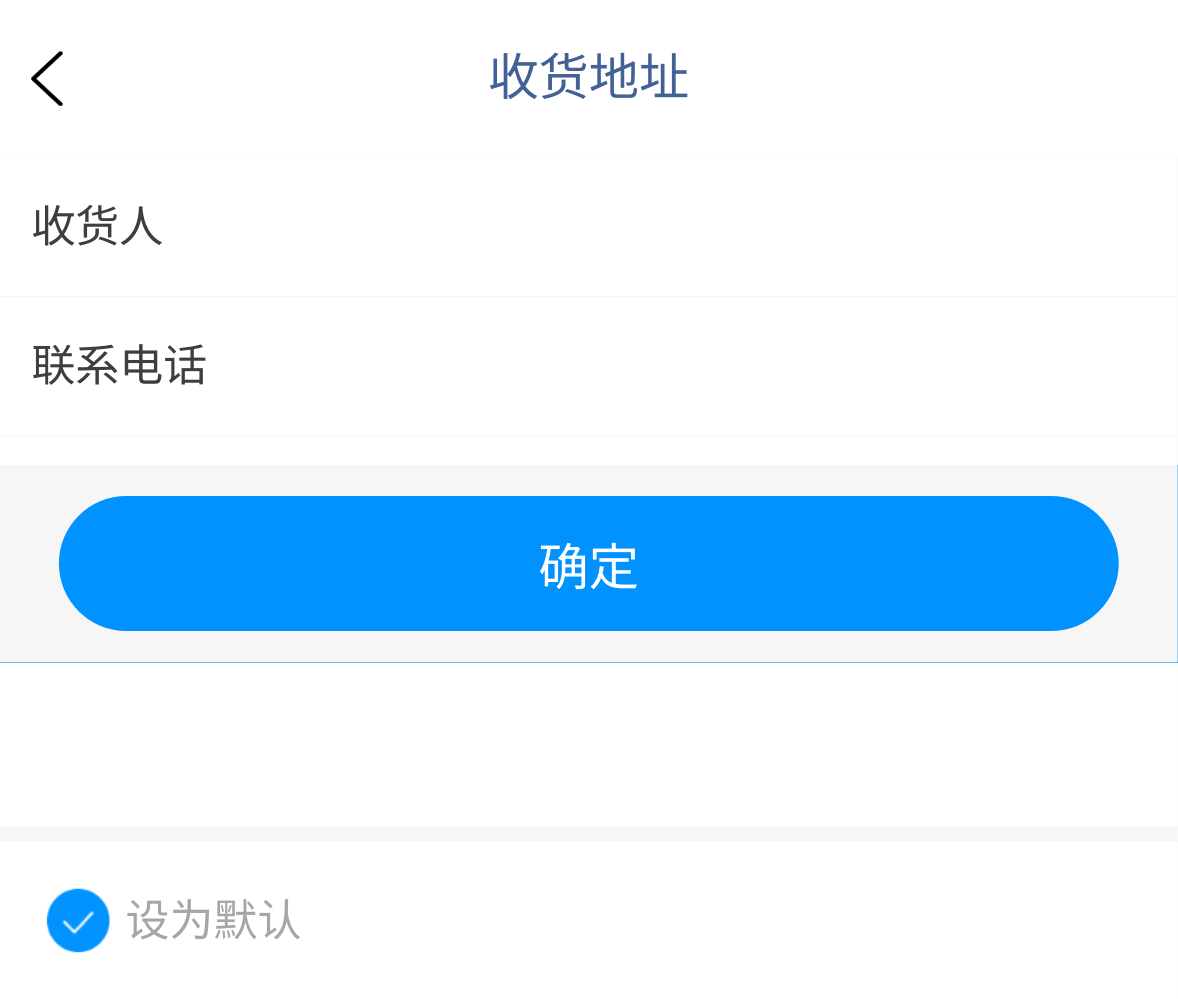
Repository: 421538074/sell
Page: consumer/address-list.html
The author's editor kept a copy of each file at every save. The page is drawn from the files as they stood at one save, then again after the next save.
The browser window is 1280 px wide. The pictures show the whole page, at 92% of full size.

Above is the page before, as saved 2019-06-03 16:46:22.

### consumer/address-list.html
<!DOCTYPE html>
<html lang="en">

<head>
    <meta charset="UTF-8">
    <meta name="viewport" content="width=device-width, initial-scale=1.0">
    <meta http-equiv="X-UA-Compatible" content="ie=edge">
    <title>收货地址</title>
    <link rel="stylesheet" href="../css/jquery.weui.css">
    <link rel="stylesheet" href="../css/base.css">
    <link rel="stylesheet" href="css/common.css">
    <link rel="stylesheet" href="css/manage-address.css">
</head>

<body>
    <div id="app" class="content">
        <nav class="nav-bar-wrapper">
            <img @click="back" src="../img/back.png" class="back-icon">
            <p class="nav-bar-title">收货地址</p>
        </nav>
        <ul class="address-wrapper">
            <li class="address-item">
                <label class="title">收货人</label>
                <input type="text" class="input-item">
            </li>
            <li class="address-item">
                <label class="title">联系电话</label>
                <input type="text" class="input-item">
            </li>
            <li class="address-item">
                <label class="title">所在地区</label>
                <input id="city-picker" readonly placeholder="请选择你的地区" type="text" class="input-item arrow-right">
            </li>
            <li class="address-item">
                <textarea class="detail-address" placeholder="请填写详细地址"></textarea>
            </li>
        </ul>
        <p @click="triggerDefault" class="set-default-adderss">
            <img v-if="!isSetDefault" src="../img/按钮1.png" class="default-icon">
            <img v-else src="../img/checked.png" class="default-icon">
            <span class="set-default-title">设为默认</span>
        </p>
        <div class="confirm-wrapper">
            <button class="confirm-add">
                确定
            </button>
        </div>
    </div>
    <script src="../js/api.js"></script>
    <script src="../js/jquery.min.js"></script>
    <script src="../js/weui.min.js"></script>
    <script src="../js/picker.city.min.js"></script>
    <script src="../js/vue.js"></script>
    <script src="js/vue-mixin.js"></script>
    <script src="js/manage-address.js"></script>
</body>

</html>

### css/base.css
/* http://meyerweb.com/eric/tools/css/reset/
   v2.0 | 20110126
   License: none (public domain)
*/

html,
body,
div,
span,
applet,
object,
iframe,
h1,
h2,
h3,
h4,
h5,
h6,
p,
blockquote,
pre,
a,
abbr,
acronym,
address,
big,
cite,
code,
del,
dfn,
em,
img,
ins,
kbd,
q,
s,
samp,
small,
strike,
strong,
sub,
sup,
tt,
var,
b,
u,
i,
center,
dl,
dt,
dd,
ol,
ul,
li,
fieldset,
form,
label,
legend,
table,
caption,
tbody,
tfoot,
thead,
tr,
th,
td,
article,
aside,
canvas,
details,
embed,
figure,
figcaption,
footer,
header,
hgroup,
menu,
nav,
output,
ruby,
section,
summary,
time,
mark,
audio,
video {
    margin: 0;
    padding: 0;
    border: 0;
    font-size: 100%;
    font: inherit;
    vertical-align: baseline;
}

/* HTML5 display-role reset for older browsers */
article,
aside,
details,
figcaption,
figure,
footer,
header,
hgroup,
menu,
nav,
section {
    display: block;
}

body {
    line-height: 1;
}

ol,
ul {
    list-style: none;
}

blockquote,
q {
    quotes: none;
}

blockquote:before,
blockquote:after,
q:before,
q:after {
    content: '';
    content: none;
}

table {
    border-collapse: collapse;
    border-spacing: 0;
}


body,
html {
    font-size: calc(100vw / 37.5) !important;
    font-family: PingFangSC-Medium;
    background: #F2F2F2;
}


[v-cloak] {
    display: none;
}


hr {
    margin: 0;
    padding: 0;
}

.clearfix {
    zoom: 1;
}

.clearfix:after {
    content: ".";
    display: block;
    visibility: hidden;
    height: 0;
    clear: both;
}

[v-cloak] {
    display: none;
}

### consumer/css/common.css
*{
    box-sizing: border-box;
}
html,body{
    background: #f6f6f6;
}
html,body,div.content{
    height: 100%;
}
/*底部菜单栏*/
nav.tool-bar-wrapper {
    height: 5rem;
    background: #ffffff;
    display: flex;
    align-items: center;
    justify-content: space-around;
}
a.nav-item {
    color: #888888;
    text-decoration: none;
    font-size: 1.5rem;
    display: flex;
    flex-direction: column;
    align-items: center;
    justify-content: space-around;
    height: 90%;
}
a.nav-item.active{
    color: #0093FF;
}
img.nav-item-icon{
    width: 1.5rem;
    height: 1.5rem;
}
.ellipsis{
    overflow: hidden;
    white-space: nowrap;
    text-overflow: ellipsis;
}
/*顶部返回栏 */
nav.nav-bar-wrapper {
    background: #FFFFFF;
    height: 5rem;
    display: flex;
    align-items: center;
    justify-content: space-around;
    position: fixed;
    width: 100%;
    top: 0;
    z-index: 2;
    font-size: 1.6rem;
    color: #426196;
}
img.back-icon {
    position: absolute;
    width: 1rem;
    left: 1rem;
}

### consumer/css/manage-address.css
div.content{
    padding-top: 5rem;
}
ul.address-wrapper {
    background: #FFFFFF;
}
li.address-item {
    border-top: 1px solid #f6f6f6;
    padding: 1.5rem 1rem;
    display: flex;
    align-items: center;
    justify-content: space-between;
}
label.title {
    color: #3E3E3E;
    font-size: 1.4rem;
    width: 20%;
}
input.input-item {
    width: 80%;
    outline: 0;
    border: none;
}
input.arrow-right{
    text-align: right;
    padding-right: 1.5rem;
    background: url(../../img/arrow-right.png) no-repeat;
    background-size: 0.8rem;
    background-position: right center;
}
textarea.detail-address {
    width: 100%;
    height: 5rem;
    border: none;
    resize: none;
    outline: 0;
}
textarea::-webkit-input-placeholder,input::-webkit-input-placeholder {
    color: #A6A6A6;
}
p.set-default-adderss {
    background: #FFFFFF;
    margin-top: 0.5rem;
    display: flex;
    align-items: center;
}
img.default-icon {
    width: 2rem;
    height: auto;
}
span.set-default-title {
    color: #A6A6A6;
    font-size: 1.4rem;
    margin-left: 0.5rem;
}
p.set-default-adderss {
    background: #FFFFFF;
    margin-top: 0.5rem;
    display: flex;
    align-items: center;
    padding: 1.5rem;
}
.confirm-wrapper {
    position: fixed;
    width: 100%;
    bottom: 0;
    background: #f6f6f6;
}
button.confirm-add {
    background: #0093FF;
    border: none;
    outline: 0;
    color: #FFFFFF;
    width: 90%;
    display: block;
    margin: 1rem auto;
    padding: 1rem;
    border-radius: 10rem;
    font-size: 1.6rem;
}
.toolbar .toolbar-inner{
    height: 4rem;
    display: flex;
    align-items: center;
}
.toolbar, .toolbar .title{
    font-size: 1.6rem;
}
.weui-picker-modal{
    height: 23rem;
}
.weui-picker-modal .picker-modal-inner {
    height: 20.8rem;
}
.weui-picker-modal .picker-item{
    font-size: 1.5rem
}

### js/api.js
function getUrlKey(name) {
    return decodeURIComponent((new RegExp('[?|&]' + name + '=' + '([^&;]+?)(&|#|;|$)').exec(location.href) || [, ""])[1].replace(/\+/g, '%20')) || null;
}


// window.warn = {
//     alert: function alert(msg) {
//         var template = `
// `
//         $('body').append(template);
//         $('.alert-body').animate({
//             top: "40px"
//         }, 200);
//         // setTimeout(function () {
//         //     warn.close();
//         // }, 1500);
//     },
//     close: function close() {
//         $('.alert-body').animate({
//             top: "-280px"
//         }, 200);
//         setTimeout(function () {
//             $('#alert-msg').remove();
//         }, 200);
//     }
// };

### consumer/js/vue-mixin.js
Vue.mixin({
    methods: {
        /**
         * 返回
         */
        back() {
            history.go(-1);
        },
        /**
         * 限制长度
         * @param {String} 要限制长度的字段
         * @param {Number} 长度
         */
        limitLength(key, length) {
            this[key] = this[key].substring(0, length);
        },
        /**
         * 验证11位手机号
         * @param {Number} phone
         */
        validatePhone(phone) {
            const phoneReg = /^[1-9][0-9]{9}[0-9]$/;
            return phoneReg.test(phone);
        },
        /**
         * 发送手机验证码
         * @param {Number} waitTimeKey 等待时间键名
         * @param {String} tipsKey 发送验证码显示的信息的键名
         * @param {String} phoneKey 手机号键名
         * @param {String} reSendMsg  按钮默认显示的文字
         */
        sendCode(waitTimeKey, tipsKey, phoneKey, defaultMsg) {
            if (!this.validatePhone(this[phoneKey])) {
                alert('无效手机号!');
                return;
            }
            if (this[waitTimeKey] == 60) {
                $.post('', {
                        phone: this[phoneKey]
                    }, (res) => {
                        if (res.status == 1) {
                            const interval = setInterval(() => {
                                if (this[waitTimeKey] == 1) {
                                    this[waitTimeKey] = 60;
                                    this[tipsKey] = defaultMsg;
                                    clearInterval(interval);
                                    return;
                                }
                                this[waitTimeKey] -= 1;
                                this[tipsKey] = `${this[waitTimeKey]}s`;
                            }, 1000);
                        } else {
                            alert('发送失败!');
                        }
                    }, 'json')
                    .fail(err => {
                        alert('服务器异常!');
                    });
            }
        },
        /**
         * 链接跳转
         * @param {String} url
         */
        linkTo(url) {
            window.location.href = url;
        },
        /**
         * 获得URL参数
         */
        getParams() {
            var list = location.search.substring(1).split('&');
            var param = {};
            list.forEach(function (value) {
                var temp = value.split('=');
                param[temp[0]] = temp[1];
            });
            return param;
        }
    },
    filters: {

    }
})

### consumer/js/manage-address.js
new Vue({
    el: '#app',
    data() {
        return {
            title: '',
            isSetDefault: true
        }
    },
    methods: {
        triggerDefault() {
            this.isSetDefault = !this.isSetDefault;
        },
        // 初始化城市选择器
        initCityPicker() {
            $("#city-picker").cityPicker({
                title: "请选择"
            });
        }
    },
    created() {
        if (this.getParams().type == 'edit') {
            this.title = '编辑地址';
        } else {
            this.title = '添加地址';
        }
        this.$nextTick(() => {
            this.initCityPicker();
        });
    },
})

Loaded but not shown: css/jquery.weui.css (library); js/jquery.min.js (library); js/weui.min.js (library); js/picker.city.min.js (library); js/vue.js (library)

After the next save:
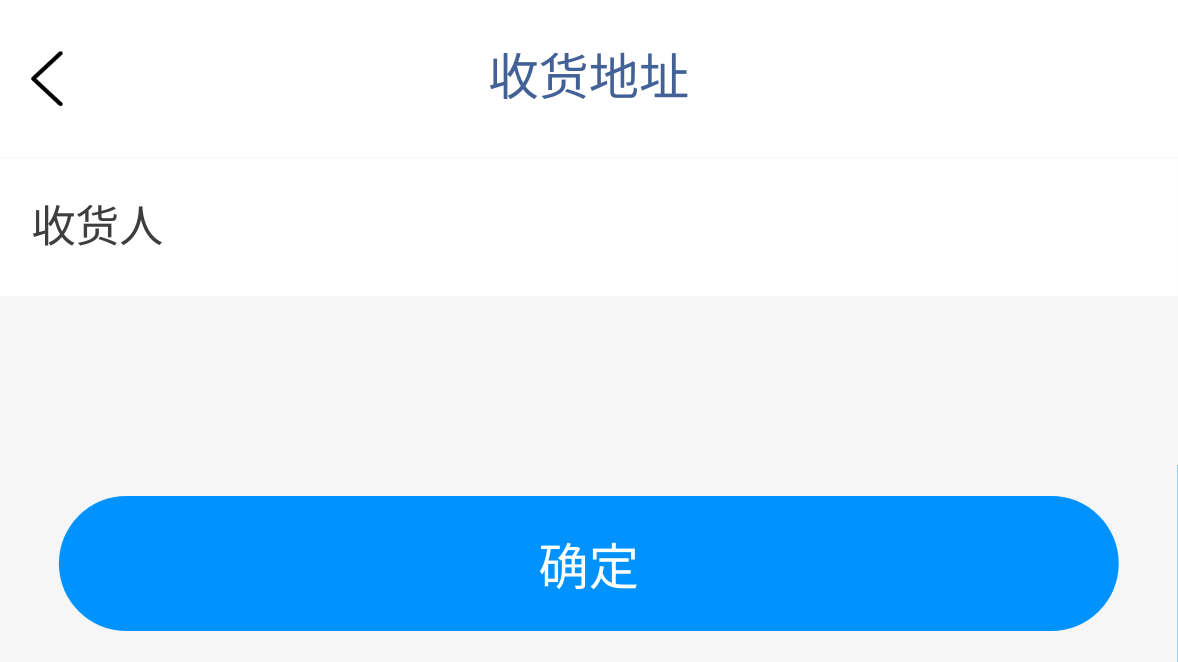
Saved 17 s later.
--- a/consumer/address-list.html
+++ b/consumer/address-list.html
@@ -23,23 +23,7 @@
                 <label class="title">收货人</label>
                 <input type="text" class="input-item">
             </li>
-            <li class="address-item">
-                <label class="title">联系电话</label>
-                <input type="text" class="input-item">
-            </li>
-            <li class="address-item">
-                <label class="title">所在地区</label>
-                <input id="city-picker" readonly placeholder="请选择你的地区" type="text" class="input-item arrow-right">
-            </li>
-            <li class="address-item">
-                <textarea class="detail-address" placeholder="请填写详细地址"></textarea>
-            </li>
         </ul>
-        <p @click="triggerDefault" class="set-default-adderss">
-            <img v-if="!isSetDefault" src="../img/按钮1.png" class="default-icon">
-            <img v-else src="../img/checked.png" class="default-icon">
-            <span class="set-default-title">设为默认</span>
-        </p>
         <div class="confirm-wrapper">
             <button class="confirm-add">
                 确定
